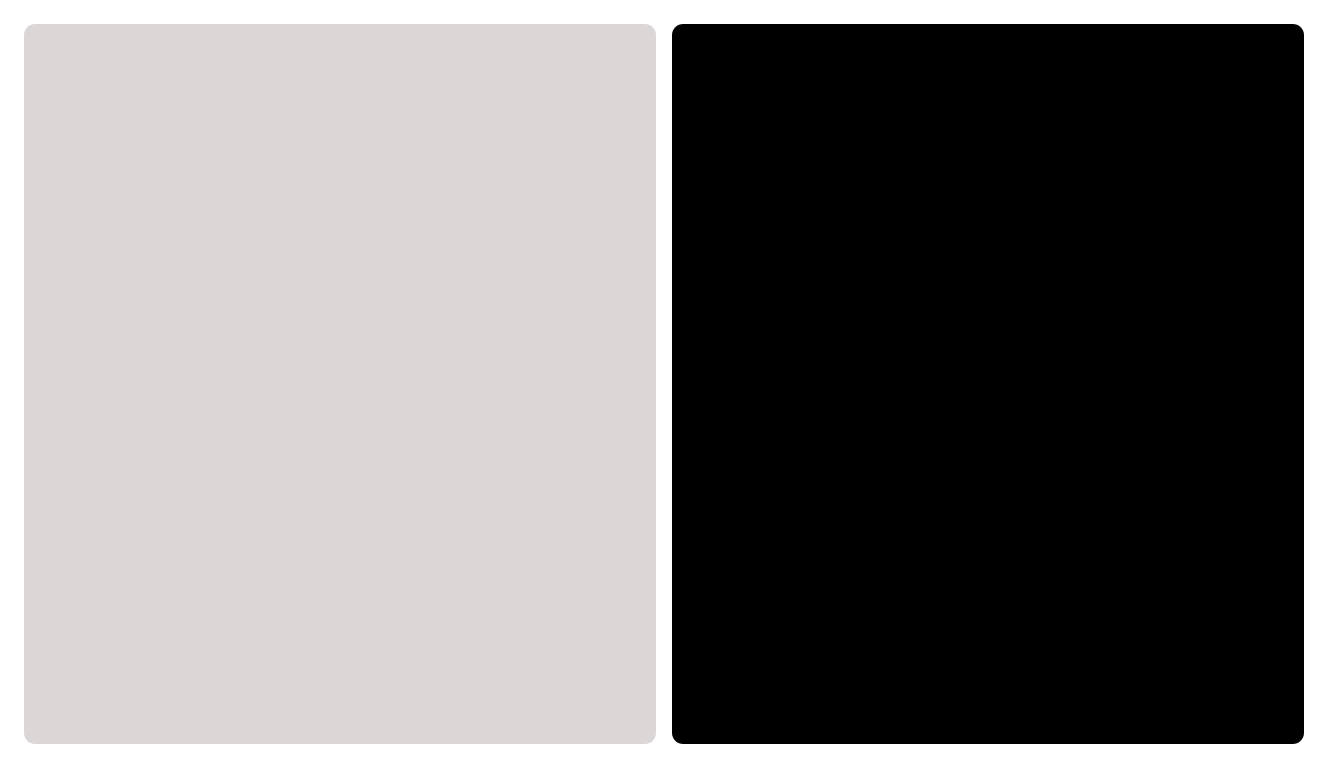
Repository: swarnabha-dutta/ai-code-reviewer
Page: / (app in frontend/)
These files come from the project's save history. The page is drawn as it stood at one moment and after the next save; the edit follows.
The browser window is 1280 px wide. The page is 1328 px wide, so the pictures cover 1328 px, including what lies to the right of the window. The pictures show the whole page.
The project was rebuilt for these pictures with package versions that can differ from the ones it lists, and the page was loaded fresh each time. Also part of the build but not shown: frontend/vite.config.js.

Above is the page before, as saved 2025-06-07 08:36:15.

### frontend/src/App.jsx
import './App.css'

function App() {

  return (
    <>
      <main>
        <div className="left">
          <div className="code"></div>
          <div className="review"></div>
        </div>
        <div className="right"></div>
     </main>
    </>
  )
}

export default App

### frontend/src/App.css
* {
  margin: 0%;
  padding: 0%;
  box-sizing: border-boc;
}

html,
body,
#root {
  height: 100%;
  width: 100%;
}

main {
  height: 100%;
  width: 100%;
  padding: 1.5rem;
  display: flex;
  gap: 1rem;
}

main .left,
main .right {
  height: 100%;
  flex-basis: 50%;
  border-radius: 0.7rem;
}

main .left {
  background-color: #dcd7d7;
}

main .right {
  background-color: #000;
}

Loaded but not shown: frontend/index.html (common file); frontend/src/main.jsx (common file); frontend/src/index.css (common file)

After the next save:
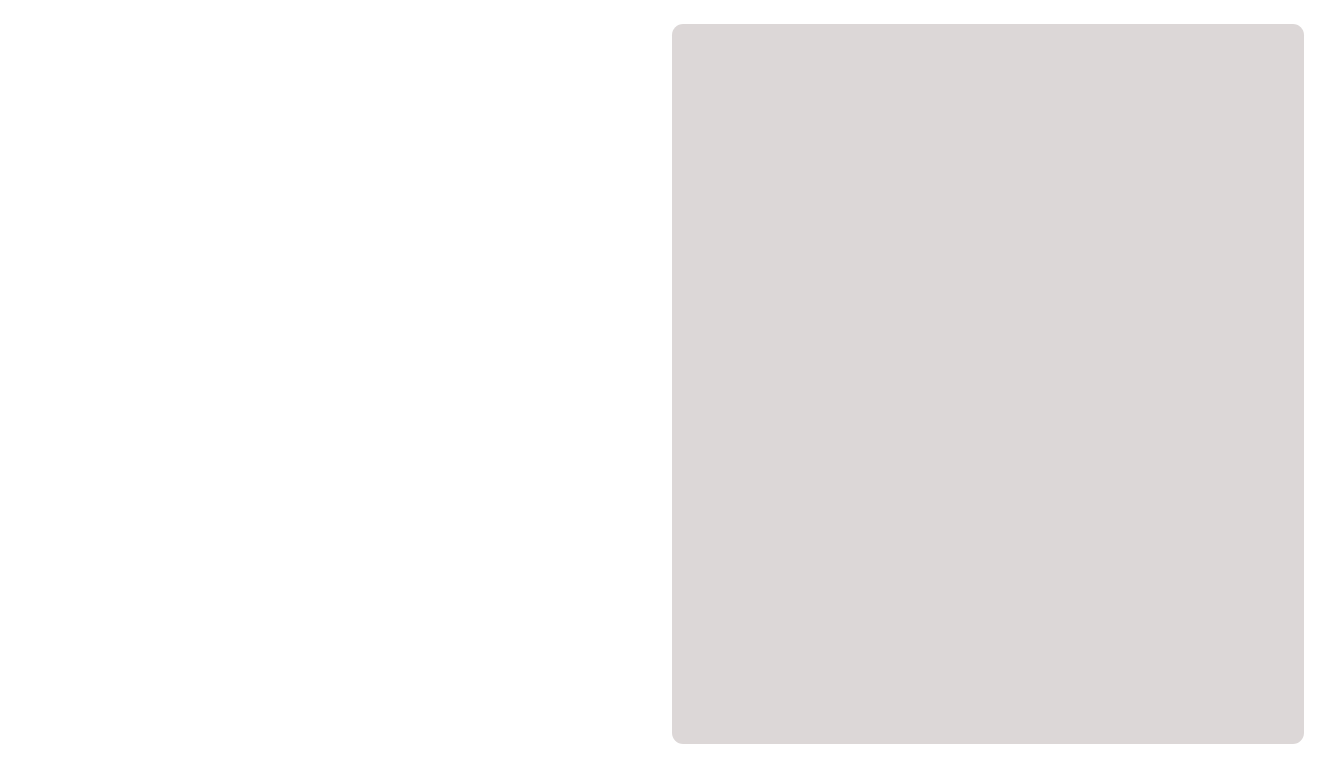
Saved 37 s later.
--- a/frontend/src/App.css
+++ b/frontend/src/App.css
@@ -27,9 +27,9 @@ main .right {
 }
 
 main .left {
-  background-color: #dcd7d7;
+  background-color: #fff;
 }
 
 main .right {
-  background-color: #000;
+  background-color: #dcd7d7;
 }
